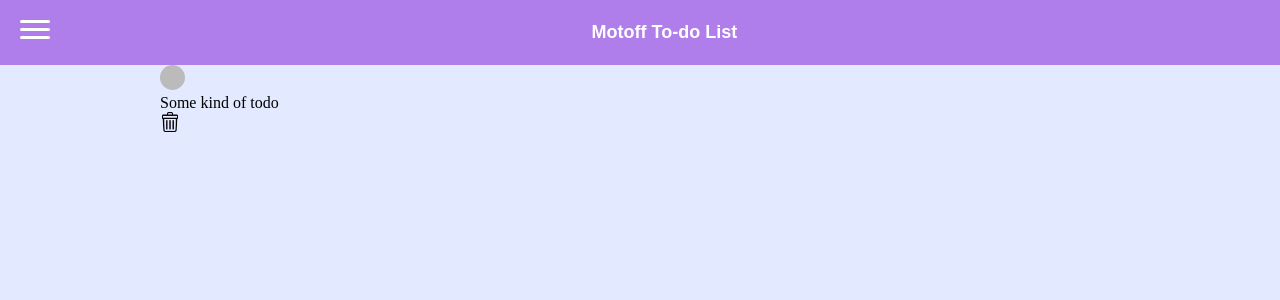
Repository: Amad-Mlinka/Todo-List-Vanilla-JS
Page: index.html
The author's editor kept a copy of each file at every save. The page is drawn from the files as they stood at one save, then again after the next save.
The browser window is 1280 px wide. The pictures show the whole page.
The page's requests for data from a server got no answer.

Above is the page before, as saved 2021-09-15 00:45:18.

After the next save:
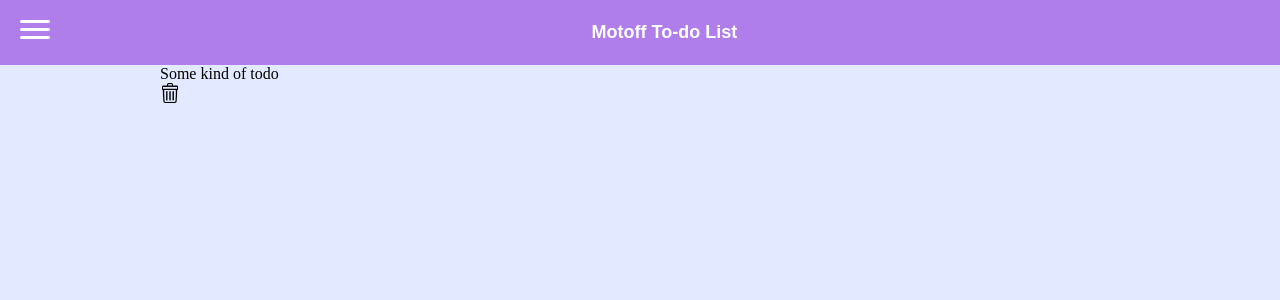
Saved 13 s later.
--- a/styles/style.css
+++ b/styles/style.css
@@ -19,9 +19,9 @@ body{
   width: 20px;
 }
 .checkCircle{
-  height: 25px;
-  width: 25px;
-  background-color: #bbb;
+  height: 15px;
+  width: 15px;
+  background-color: transparent;
   border-radius: 50%;
-  display: inline-block;
+
 }
